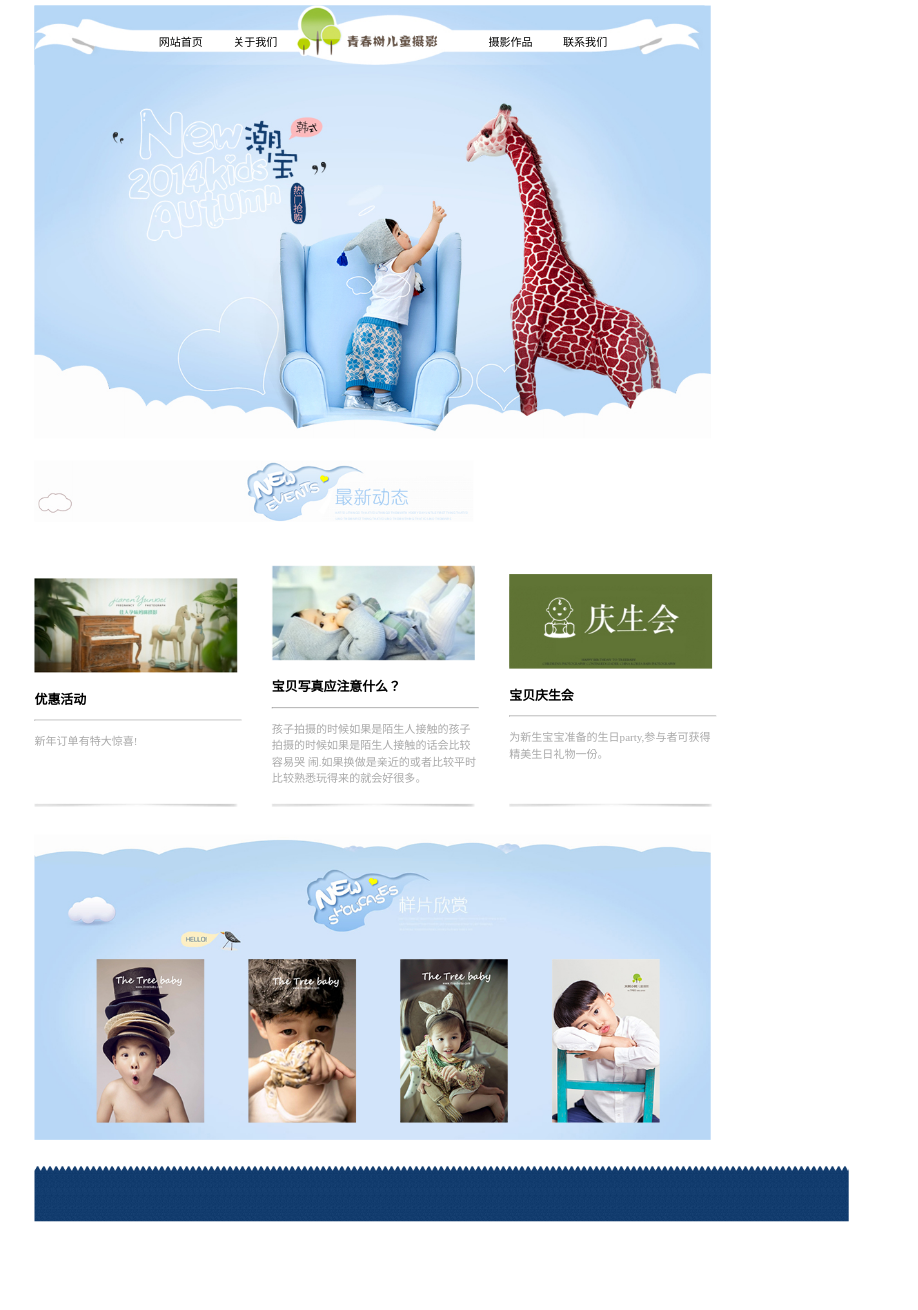
Repository: kxl666/kxl-Html
Page: 05.1.第五节任务(儿童摄影网)/index.html
An editor plug-in stored every save of this project. The page is shown before and after the next save, followed by the edit.
The browser window is 1280 px wide. The page is 1330 px wide, so the pictures cover 1330 px, including what lies to the right of the window. The pictures show the whole page, at 69% of full size.

Above is the page before, as saved 2021-09-16 22:39:42.

### 05.1.第五节任务(儿童摄影网)/index.html
<!DOCTYPE html>
<html lang="en">

<head>
    <meta charset="UTF-8">
    <meta http-equiv="X-UA-Compatible" content="IE=edge">
    <meta name="viewport" content="width=device-width, initial-scale=1.0">
    <title>Document</title>
    <link rel="stylesheet" href="style.css">
</head>

<body>
    <div class="content">
        <div class="header">
            <div class="dh">
                <div class="op">
                    <span>网站首页</span>
                    <span>关于我们</span>
                </div>
                <div class="po">
                    <span>摄影作品</span>
                    <span>联系我们</span>
                </div>
            </div>
        </div>

        <div class="midder">
            <img src="img/dongtai.jpg" id="img1">
            <div class="dt">
                <span>
                    <img src="img/news1.jpg">
                    <h3>优惠活动</h3>
                    <hr>
                    <p>新年订单有特大惊喜!</p><br><br><br>
                    <img src="img/yinying.jpg">
                </span>
                <span>
                    <img src="img/news2.jpg">
                    <h3>宝贝写真应注意什么？</h3>
                    <hr>
                    <p>孩子拍摄的时候如果是陌生人接触的孩子拍摄的时候如果是陌生人接触的话会比较容易哭
                        闹.如果换做是亲近的或者比较平时比较熟悉玩得来的就会好很多。
                        <br>

                    </p>
                    <img src="img/yinying.jpg">
                </span>
                <span>
                    <img src="img/news3.jpg">
                    <h3>宝贝庆生会</h3>
                    <hr>
                    <p>为新生宝宝准备的生日party,参与者可获得精美生日礼物一份。
                        <br><br><br>
                    </p>
                    <img src="img/yinying.jpg">
                </span>
            </div>
        </div>

        <div class="midder2">
            <div class="img2">
                <img src="img/img1.jpg">
                <img src="img/img2.jpg">
                <img src="img/img3.jpg">
                <img src="img/img4.jpg">

            </div>
        </div>
        <div class="footer">

        </div>
    </div>
</body>

</html>

### 05.1.第五节任务(儿童摄影网)/style.css
.content {
    width: 1180px;
    margin: 0 auto;
}

.header {
    margin: 0 auto;
    height: 660px;
    width: 1180px;
    background: url(img/bg.jpg) no-repeat;
    /* background-size:940px 570px; */
}

.dh {
    margin: 0 auto;
    background: url(img/nav.jpg) no-repeat;
    padding: 40px 0 0 120px;
    height: 46px;
    width: 1160px;
    /* margin-top: 10px;  */
}


.op {
    float: left;
    margin-left: 60px;
}

.op span:nth-child(2) {
    padding-left: 40px;
}
.po {
    float: right;
    margin-right: 450px;
}

.po span:nth-child(2) {
    padding-left: 40px;
}

.midder {
    height: 540px;
    width: 1180px;
    margin: 0 auto;
}

#img1 {
    margin-bottom: 60px;
}
/* .dt {
    width: 1030px;
} */

.dt span {
    /* float: left; */
    display: inline-block;
    width: 300px;
    height: 200px;
    padding-left: 0px;
    padding-right: 40px;
}

.dt p {
    font-family: "微软雅黑";
    color: darkgrey;
}

.midder2 {
    background: url(img/xinshang.jpg) no-repeat;
    /* margin: 0 auto; */
    height: 480px;
    margin-top: 2px;
}

.img2 {
    margin: 0px 0px 0px 90px ;
    padding-top: 180px;
}

.img2 img {
    padding-right: 60px ;
}

.footer {
    background: url(img/footer_bg.jpg) repeat-x;
    height: 200px;
}

After the next save:
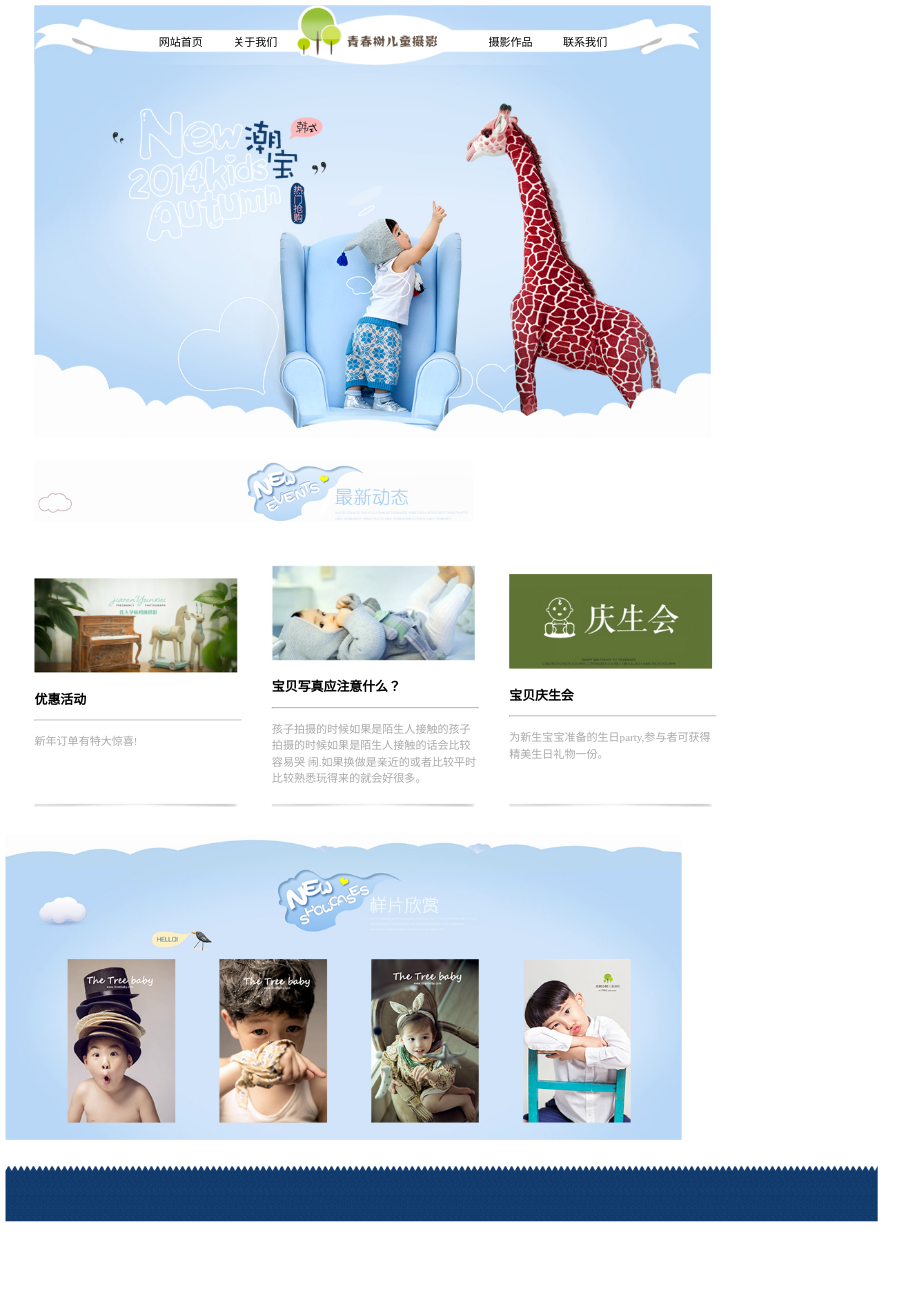
Saved 21 s later.
--- a/05.1.第五节任务(儿童摄影网)/style.css
+++ b/05.1.第五节任务(儿童摄影网)/style.css
@@ -1,6 +1,6 @@
 .content {
-    width: 1180px;
-    margin: 0 auto;
+    /* width: 1180px;
+    margin: 0 auto; */
 }
 
 .header {
